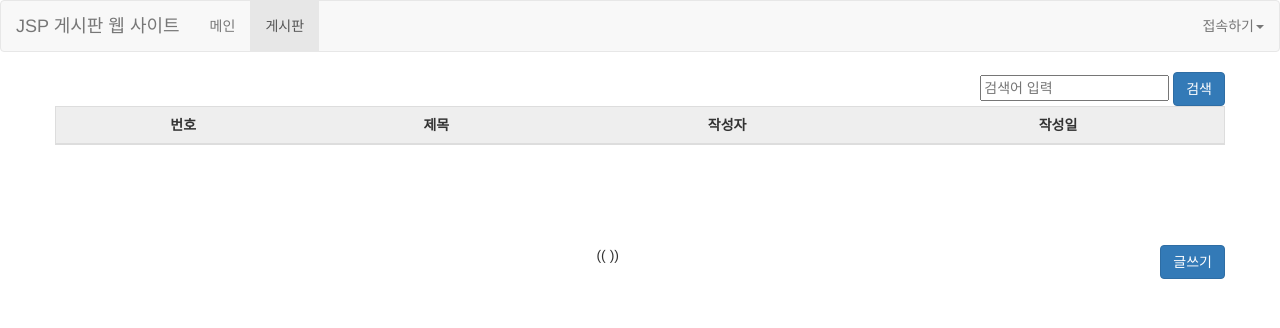
Repository: lihs3443/JSP-Board-System
Page: http://localhost/BBS/bbs.jsp
These files come from the project's save history. The page is drawn as it stood at one moment and after the next save; the edit follows.
The browser window is 1280 px wide. The pictures show the whole page.
Some web libraries are served in a nearby version. The page is served by Tomcat 9. Queries for data that is not in the repository find no rows.

Above is the page before, as saved 2022-11-20 11:13:43.

After the next save:
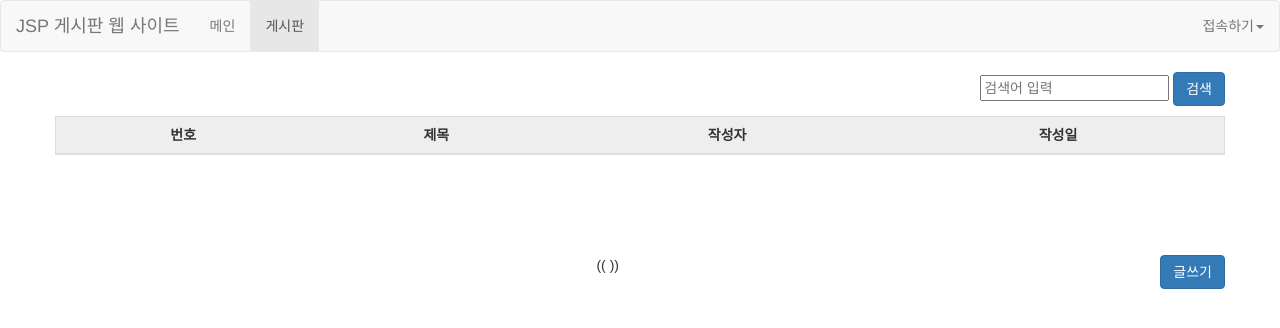
Saved 19 s later.
--- a/BBS/WebContent/bbs.jsp
+++ b/BBS/WebContent/bbs.jsp
@@ -94,7 +94,7 @@
 	<div class="container">
 		<div class="row">
 			<form method="post" action="searchAction.jsp">
-				<div style="text-align: right;">
+				<div style="text-align: right; margin-bottom: 10px;">
 					<input type="text" placeholder="검색어 입력" maxlength="50">
 					<button type="submit" class="btn btn-primary">검색</button>
 				</div>
